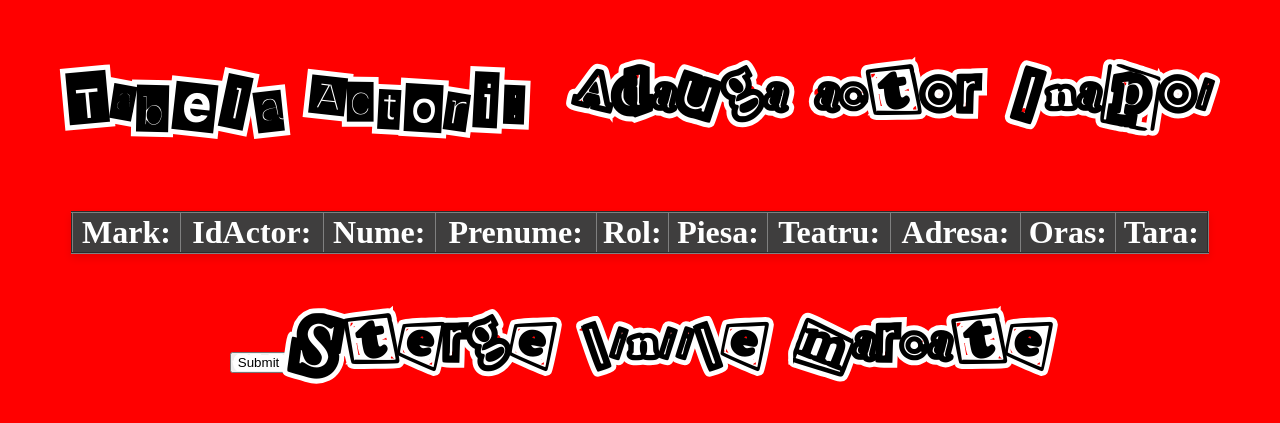
Repository: SusStefan/ActorDB
Page: http://localhost/Actori/tabela_actori.jsp
The author's editor kept a copy of each file at every save. The page is drawn from the files as they stood at one save, then again after the next save.
The browser window is 1280 px wide. The pictures show the whole page.
The page is served by Tomcat 9. Queries for data that is not in the repository find no rows.

Above is the page before, as saved 2025-12-15 19:41:23.
Console error: TypeError: Cannot set properties of null (setting 'innerHTML')

### Actori/src/main/webapp/tabela_actori.jsp
<%@ page language="java" contentType="text/html; charset=UTF-8" pageEncoding="UTF-8"%>
<%@ page language="java" import="java.lang.*,java.math.*,db.*,java.sql.*, java.io.*, java.util.*"%>
<!DOCTYPE html PUBLIC "-//W3C//DTD HTML 4.01 Transitional//EN" "http://www.w3.org/TR/html4/loose.dtd">
<html>
 <head>
 <meta http-equiv="Content-Type" content="text/html; charset=UTF-8">
 <title>Tabela Actori</title>
 <link rel="stylesheet" href="persona.css">
 </head>
 <jsp:useBean id="jb" scope="session" class="db.JavaBean" />
 <jsp:setProperty name="jb" property="*" />
 <body>
  <div id="butholder2">
 <h1 align="center" id="titlu"> Tabela Actori:</h1>
 <br/>

<a href="adauga_actor.jsp">
<div class="cssbutton "id="butactori1"><b class="sway-text"><strong>Adauga actor</strong></b></div>
</a>
 <a href="index.html">
<div class="cssbutton "id="butactori1"><b class="sway-text"><strong>Inapoi</strong></b></div>
</a>
</div>
 <form action="sterge_actori.jsp" method="post">
 <table border="2" align="center">
 <tr>
 <td><b>Mark:</b></td>
 <td><b>IdActor:</b></td>
 <td><b>Nume:</b></td>
 <td><b>Prenume:</b></td>
 <td><b>Rol:</b></td>
 <td><b>Piesa:</b></td>
 <td><b>Teatru:</b></td>
 <td><b>Adresa:</b></td>
 <td><b>Oras:</b></td>
 <td><b>Tara:</b></td>
 </tr>
 <%
 jb.connect();
 ResultSet rs = jb.vedeActori();
 long x;
 while (rs.next()) {
 x = rs.getInt("idactor");
 %>
 <tr>
 <td><input type="checkbox" name="primarykey" value="<%= x%>" /></td><td><%= x%></td>
 <td><%= rs.getString("nume")%></td>
 <td><%= rs.getString("prenume")%></td>
 <td><%= rs.getString("rol")%></td>
 <td><%= rs.getString("piesa")%></td>
  <td><%= rs.getString("teatru")%></td>
  <td><%= rs.getString("adresa")%></td>
  <td><%= rs.getString("oras")%></td>
  <td><%= rs.getString("tara")%></td>
 <%
 }
 %>
 </tr>
 </table><br/>
 <p align="center">
 <div class="cssbutton "id="butactori1"><b class="sway-text"><strong><input type="submit">Sterge liniile marcate</strong></b></div>

 </p>
 </form>

 <%
 rs.close();
 jb.disconnect();
 %>
 </body>
 <script>
 const weekday = ["Sunday","Monday","Tuesday","Wednesday","Thursday","Friday","Saturday"];
 let time = document.getElementById("hms");
 let day = document.getElementById("day");
 let month = document.getElementById("month");
 let d= new Date();
 time.innerHTML = d.getDate();
 month.innerHTML = d.getMonth()+1+"/";
 day.innerHTML = weekday[d.getDay()];


 </script>
</html>

### Actori/src/main/java/db/JavaBean.java
/*
 * Curs3_Eclipse - Valentin Pupezescu
 */
package db;
import java.sql.*;
/**
 *
 * @author vali
 */
public class JavaBean {
	String error;
	Connection con;
	public JavaBean() {
	}
	public void connect() throws ClassNotFoundException, SQLException, Exception {
		try {
			Class.forName("com.mysql.cj.jdbc.Driver");
			con = DriverManager.getConnection("jdbc:mysql://localhost:3306/actori?useSSL=false", "root", "2005");
		} catch (ClassNotFoundException cnfe) {
			error = "ClassNotFoundException: Nu s-a gasit driverul bazei de date.";
			throw new ClassNotFoundException(error);
		} catch (SQLException cnfe) {
			error = "SQLException: Nu se poate conecta la baza de date.";
			throw new SQLException(error);
		} catch (Exception e) {
			error = "Exception: A aparut o exceptie neprevazuta in timp ce se stabilea legatura la baza de date.";
			throw new Exception(error);
		}
	} // connect()
	public void disconnect() throws SQLException {
		try {
			if (con != null) {
				con.close();
			}
		} catch (SQLException sqle) {
			error = ("SQLException: Nu se poate inchide conexiunea la baza de date.");
			throw new SQLException(error);
		}
	} // disconnect()
	public void adaugaOras(String Nume, String Tara)
			throws SQLException, Exception {
		if (con != null) {
			try {
				// creaza un "prepared SQL statement"
				Statement stmt;
				stmt = con.createStatement();
				stmt.executeUpdate("insert into orase(nume,tara) values('" +Nume
		+ "' , '" + Tara + "');");
			} catch (SQLException sqle) {
				error = "ExceptieSQL: Reactualizare nereusita; este posibil sa existe duplicate.";
				throw new SQLException(error);
			}
		} else {
			error = "Exceptie: Conexiunea cu baza de date a fost pierduta.";
			throw new Exception(error);
		}
	} // end of adaugaPacient()

	public void adaugateatru(String Nume, String Descriere, String Adresa, long Oras)
			throws SQLException, Exception {
		if (con != null) {
			try {
				// creaza un "prepared SQL statement"
				Statement stmt;
				stmt = con.createStatement();
				stmt.executeUpdate("insert into teatre(nume,descriere,adresa,idoras) values('" + Nume +
						"' , '" + Descriere + "', '" + Adresa + "', '" + Oras + "');");
			} catch (SQLException sqle) {
				error = "ExceptieSQL: Reactualizare nereusita; este posibil sa existe duplicate.";
				throw new SQLException(error);
			}
		} else {
			error = "Exceptie: Conexiunea cu baza de date a fost pierduta.";
			throw new Exception(error);
		}
	} // end of adaugaMedic()

			public void adaugaactori(String Nume, String Prenume, String Rol, String Piesa, long Teatre)
					throws SQLException, Exception {
				if (con != null) {
					try {
						// creaza un "prepared SQL statement"
						Statement stmt;
						stmt = con.createStatement();
						stmt.executeUpdate("insert into actori(nume,prenume,rol,piesa,idteatru) values('" + Nume +
								"' , '" + Prenume + "', '" + Rol + "', '" + Piesa + "', '" + Teatre
								+ "');");
					} catch (SQLException sqle) {
						error = "ExceptieSQL: Reactualizare nereusita; este posibil sa existe duplicate.";
						throw new SQLException(error);
					}
				} else {
					error = "Exceptie: Conexiunea cu baza de date a fost pierduta.";
					throw new Exception(error);
				}
			} // end of adaugaMedic()

	public ResultSet vedeOrase() throws SQLException, Exception {
	    ResultSet rs = null;
	    try {
	        // Simple query to select the ID and Name of all cities
	        String queryString = "SELECT idoras, nume FROM orase ORDER BY nume";
	        Statement stmt = con.createStatement();
	        rs = stmt.executeQuery(queryString);
	    } catch (SQLException sqle) {
	        error = "SQLException: Interogarea oraselor nu a fost posibila.";
	        throw new SQLException(error);
	    } catch (Exception e) {
	        error = "A aparut o exceptie in timp ce se extrageau orasele.";
	        throw new Exception(error);
	    }
	    return rs;
	}

	public ResultSet vedeTabela(String tabel) throws SQLException, Exception {
		ResultSet rs = null;
		try {
			String queryString = ("select * from `actori`.`" + tabel + "`;");
			Statement stmt = con.createStatement(/*ResultSet.TYPE_SCROLL_INSENSITIVE,
ResultSet.CONCUR_READ_ONLY*/);
			rs = stmt.executeQuery(queryString);
		} catch (SQLException sqle) {
			error = "SQLException: Interogarea nu a fost posibila.";
			throw new SQLException(error);
		} catch (Exception e) {
			error = "A aparut o exceptie in timp ce se extrageau datele.";
			throw new Exception(error);
		}
		return rs;
	} // vedeTabela()
	public ResultSet vedeTeatre() throws SQLException, Exception {
		ResultSet rs = null;
		try {
			String queryString = ("select t.idteatru as idteatru"
					+ ",t.nume as nume,"
					+ "t.descriere as descriere,"
					+ "t.adresa as adresa,o.nume as oras,o.tara as tara from teatre t inner join orase o using(idoras)");
		    Statement stmt = con.createStatement(/*ResultSet.TYPE_SCROLL_INSENSITIVE,
ResultSet.CONCUR_READ_ONLY*/);
			rs = stmt.executeQuery(queryString);
		} catch (SQLException sqle) {
			error = "SQLException: Interogarea nu a fost posibila.";
			throw new SQLException(error);
		} catch (Exception e) {
			error = "A aparut o exceptie in timp ce se extrageau datele.";
			throw new Exception(error);
		}
		return rs;
	} // vedeConsultatie()

	public ResultSet vedeActori() throws SQLException, Exception {
		ResultSet rs = null;
		try {
			String queryString = ("SELECT a.idactor AS idactor, " +
			           "a.nume AS nume, " +
			           "a.prenume AS prenume, " +
			           "a.rol AS rol, " +
			           "a.piesa AS piesa, " +
			           "t.nume AS teatru, " +
			           "t.adresa AS adresa, " +
			           "o.nume AS oras, " +
			           "o.tara AS tara " +
			    "FROM actori a, teatre t, orase o " +
			    "WHERE a.idteatru = t.idteatru AND t.idoras = o.idoras" // Correct join conditions
			);
		    Statement stmt = con.createStatement(/*ResultSet.TYPE_SCROLL_INSENSITIVE,
ResultSet.CONCUR_READ_ONLY*/);
			rs = stmt.executeQuery(queryString);
		} catch (SQLException sqle) {
			error = "SQLException: Interogarea nu a fost posibila.";
			throw new SQLException(error);
		} catch (Exception e) {
			error = "A aparut o exceptie in timp ce se extrageau datele.";
			throw new Exception(error);
		}
		return rs;
	} // vedeConsultatie()

	public void stergeDateTabela(String[] primaryKeys, String tabela, String dupaID) throws
	SQLException, Exception {
		if (con != null) {
			try {
				// creaza un "prepared SQL statement"
				long aux;
				PreparedStatement delete;
				delete = con.prepareStatement("DELETE FROM " + tabela + " WHERE " + dupaID + "=?;");
				for (int i = 0; i < primaryKeys.length; i++) {
					aux = java.lang.Long.parseLong(primaryKeys[i]);
					delete.setLong(1, aux);
					delete.execute();
				}
			} catch (SQLException sqle) {
				error = "ExceptieSQL: Reactualizare nereusita; este posibil sa existe duplicate.";
				throw new SQLException(error);
			} catch (Exception e) {
				error = "A aparut o exceptie in timp ce erau sterse inregistrarile.";
				throw new Exception(error);
			}
		} else {
			error = "Exceptie: Conexiunea cu baza de date a fost pierduta.";
			throw new Exception(error);
		}
	} // end of stergeDateTabela()
	public void stergeTabela(String tabela) throws SQLException, Exception {
		if (con != null) {
			try {
				// creaza un "prepared SQL statement"
				Statement stmt;
				stmt = con.createStatement();
				stmt.executeUpdate("delete from " + tabela + ";");
			} catch (SQLException sqle) {
				error = "ExceptieSQL: Stergere nereusita; este posibil sa existe duplicate.";
				throw new SQLException(error);
			}
		} else {
			error = "Exceptie: Conexiunea cu baza de date a fost pierduta.";
			throw new Exception(error);
		}
	} // end of stergeTabela()
	public void modificaTabela(String tabela, String IDTabela, int ID, String[] campuri, String[]
			valori) throws SQLException, Exception {
		String update = "update " + tabela + " set ";
		String temp = "";
		if (con != null) {
			try {
				for (int i = 0; i < campuri.length; i++) {
					if (i != (campuri.length - 1)) {
						temp = temp + campuri[i] + "='" + valori[i] + "', ";
					} else {
						temp = temp + campuri[i] + "='" + valori[i] + "' where " + IDTabela + "= '" + ID + "';";
					}
				}
				update = update + temp;
				// creaza un "prepared SQL statement"
				Statement stmt;
				stmt = con.createStatement();
				stmt.executeUpdate(update);
			} catch (SQLException sqle) {
				error = "ExceptieSQL: Reactualizare nereusita; este posibil sa existe duplicate.";
				throw new SQLException(error);
			}
		} else {
			error = "Exceptie: Conexiunea cu baza de date a fost pierduta.";
			throw new Exception(error);
		}
	} // end of modificaTabela()
	public ResultSet intoarceLinie(String tabela, int ID) throws SQLException, Exception {
		ResultSet rs = null;
		try {
			// Executa interogarea
			String queryString = ("SELECT * FROM " + tabela + " where idpacient=" + ID + ";");
			Statement stmt = con.createStatement(ResultSet.TYPE_SCROLL_INSENSITIVE,
					ResultSet.CONCUR_READ_ONLY);
			rs = stmt.executeQuery(queryString); //sql exception
		} catch (SQLException sqle) {
			error = "SQLException: Interogarea nu a fost posibila.";
			throw new SQLException(error);
		} catch (Exception e) {
			error = "A aparut o exceptie in timp ce se extrageau datele.";
			throw new Exception(error);
		}
		return rs;
	} // end of intoarceLinie()
	public ResultSet intoarceLinieDupaId(String tabela, String denumireId, int ID) throws
	SQLException, Exception {
		ResultSet rs = null;
		try {
			// Executa interogarea
			String queryString = ("SELECT * FROM " + tabela + " where " + denumireId + "=" + ID
					+ ";");
			Statement stmt = con.createStatement(ResultSet.TYPE_SCROLL_INSENSITIVE,
					ResultSet.CONCUR_READ_ONLY);
			rs = stmt.executeQuery(queryString); //sql exception
		} catch (SQLException sqle) {
			error = "SQLException: Interogarea nu a fost posibila.";
			throw new SQLException(error);
		} catch (Exception e) {
			error = "A aparut o exceptie in timp ce se extrageau datele.";
			throw new Exception(error);
		}
		return rs;
	} // end of intoarceLinieDupaId()
	public ResultSet intoarceConsultatieId(int ID) throws SQLException, Exception {
		ResultSet rs = null;
		try {
			// Executa interogarea
			String queryString = ("SELECT a.Nume NumePacient, a.Prenume PrenumePacient, a.Adresa,b.Nume NumeMedic, b.Prenume PrenumeMedic, b.Sectie, c.idconsultatie, c.idmedic idmedic_consult,c.idpacient idpacient_consult, dataconsultatie, diagnostic, medicament FROM pacienti a, medici b,consultatie c WHERE a.idpacient = c.idpacient AND b.idmedic = c.idmedic and idconsultatie = '" +ID + "';");
			Statement stmt = con.createStatement(ResultSet.TYPE_SCROLL_INSENSITIVE,
					ResultSet.CONCUR_READ_ONLY);
			rs = stmt.executeQuery(queryString); //sql exception
		} catch (SQLException sqle) {
			error = "SQLException: Interogarea nu a fost posibila.";
			throw new SQLException(error);
		} catch (Exception e) {
			error = "A aparut o exceptie in timp ce se extrageau datele.";
			throw new Exception(error);
		}
		return rs;
	} // end of intoarceLinieDupaId()
}

### Actori/src/main/webapp/persona.css

 @font-face {
  font-family: 'Persona';            /* You give it a nickname here */
  src: url('./assets/earwig_factory/pers.ttf') format('truetype'); /* Point to the file */
  font-weight: normal;
  font-style: normal;
}

 @font-face {
  font-family: 'Persona2';            /* You give it a nickname here */
  src: url('./assets/earwig_factory/persona.otf') format('opentype'); /* Point to the file */
  font-weight: normal;
  font-style: normal;
}
 @font-face {
  font-family: 'clock';            /* You give it a nickname here */
  src: url('./assets/earwig_factory/p5hatty.ttf') format('truetype'); /* Point to the file */
  font-weight: normal;
  font-style: normal;
}
 body{
 background-color: red;
 }
 table{
width:90%;
margin: 20px auto;
border-collapse: collapse;
box-shadow: 0 4px 8px rgba(0, 0, 0, 0.1);
text-align:center;
color:white;
font-size:200%
}

 table tbody tr:nth-of-type(even) {
  background-color: #656261;
}
 table tbody tr:nth-of-type(odd) {
  background-color: #3f3e3e;
}
 .sway-text{
 color:black;
 font-size:300%;
 font-family:Persona;

 }
 #butholder
 {
 display:flex;
flex-direction: column;
 padding:10px;
 justify-content:center;

 gap:20px;
 }
  #butholder2
 {
 display:flex;
flex-direction: row;
 padding:10px;
 justify-content:center;
 align-items:center;
 gap:20px;
 }
 #titlu{
 text-align:left;
 font-family: Persona2;
 paint-order: stroke fill;
 color:black;
-webkit-text-stroke: 10px white;
 font-size:400%;
 }
  .time{

 font-family: clock;
 paint-order: stroke fill;
 color:white;
-webkit-text-stroke: 30px black;

 }
 #hms{ position:absolute;
  font-size:1000%;
  top:-13%;
  right:6%;
 }
#day{ position:absolute;
right:3%;
 font-size:400%;
transform: rotate(-10deg);
 }
 #month{ position:absolute;
right:13%;
top:-2%;
 font-size:500%;
 transform: rotate(10deg);
 }
 .cssbutton
 {

 background-color:red;
 padding:5px;
 text-align: center;
 }
  #butactor
 {
 width:20%;
 height:70%;

 }
 #butactor1
 {
 width:50%;
 height:50%;
 background-color:red;
 padding:5px;
 text-align: center;
 }

 .sway-text {
  display: inline-block; /* Required for transform to work on text spans */
  transition: color 0.3s; /* Optional: smooth color change */
  cursor: default;
   paint-order: stroke fill;
 color:black;
-webkit-text-stroke: 10px white;
 font-size:400%;
}

 @keyframes sway {
  0% { transform: rotate(0deg); }
  25% { transform: rotate(5deg); }
  50% { transform: rotate(0deg); }
  75% { transform: rotate(-5deg); }
  100% { transform: rotate(0deg); }
}

 .cssbutton:hover
 {
  background-color:white;
  border: 3px solid black;
  animation: sway 2s ease-in-out infinite;
  }

After the next save:
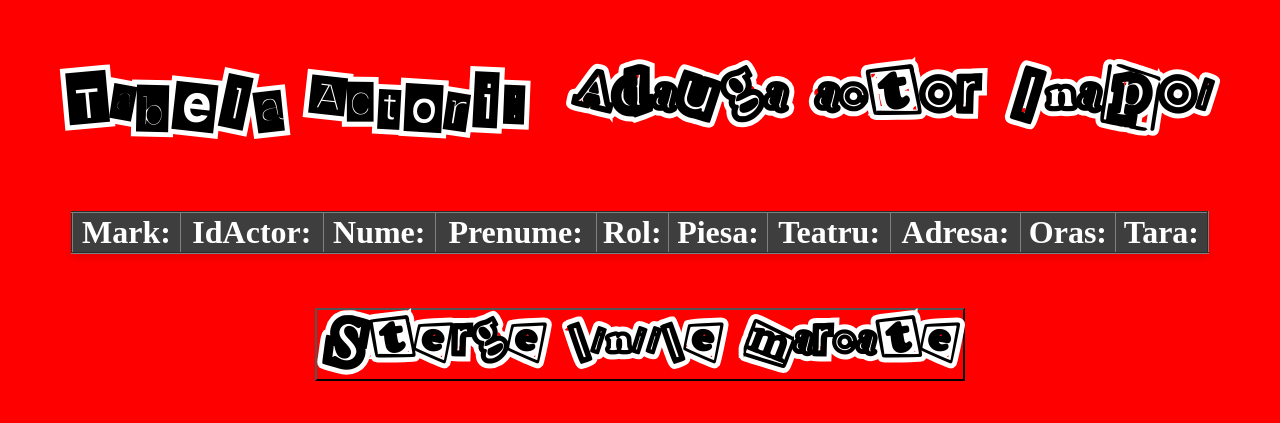
Saved 51 s later.
--- a/Actori/src/main/webapp/tabela_actori.jsp
+++ b/Actori/src/main/webapp/tabela_actori.jsp
@@ -57,10 +57,11 @@
  %>
  </tr>
  </table><br/>
- <p align="center">
- <div class="cssbutton "id="butactori1"><b class="sway-text"><strong><input type="submit">Sterge liniile marcate</strong></b></div>
-
- </p>
+<p align="center">
+    <button type="submit" class="cssbutton" id="butactori1">
+        <b class="sway-text"><strong>Sterge liniile marcate</strong></b>
+    </button>
+</p>
  </form>
 
  <%
